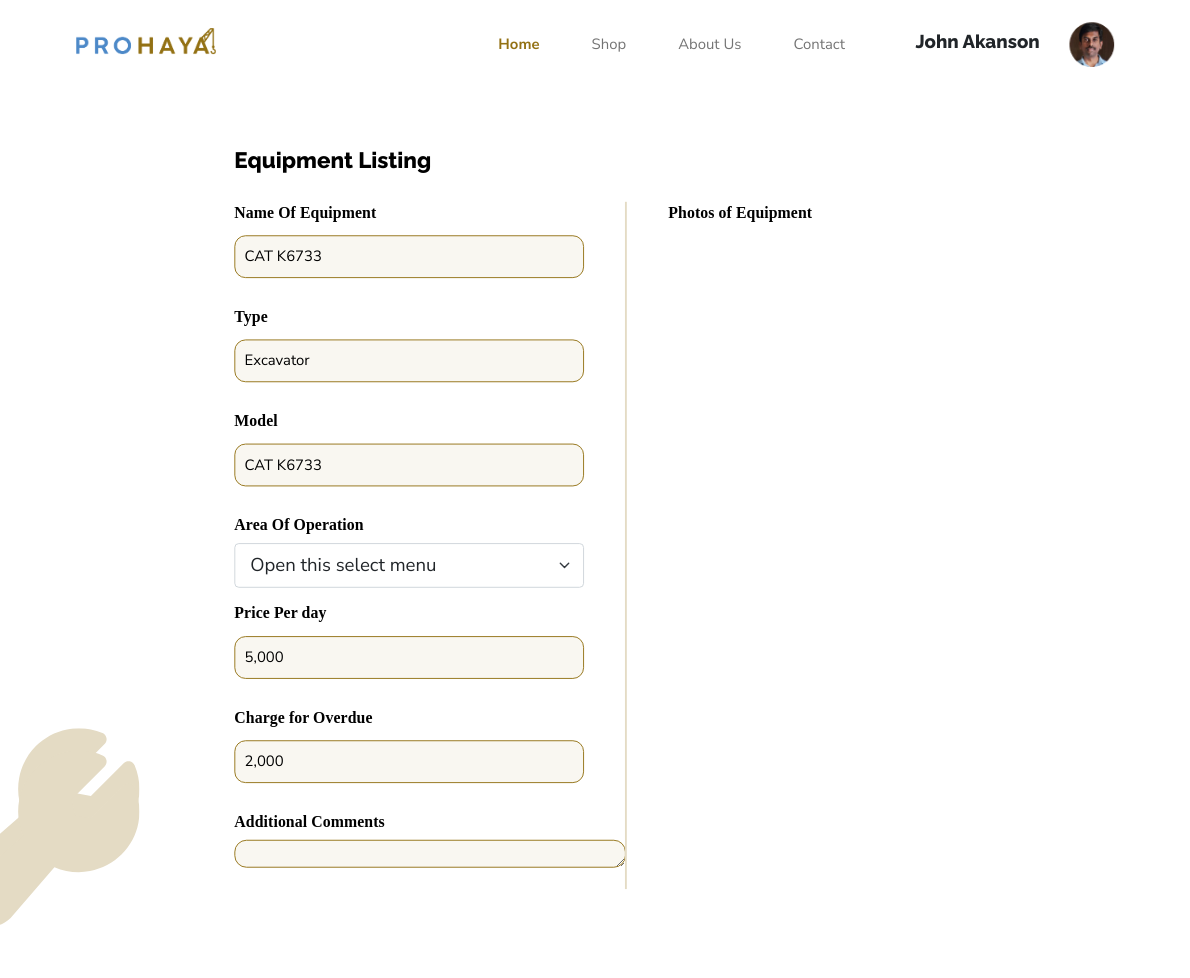
Repository: stormcelltech/Prohaya-UI
Page: Prohaya-UI/equipment_listing.html
These files come from the project's save history. The page is drawn as it stood at one moment and after the next save; the edit follows.
The browser window is 1280 px wide. The pictures show the whole page, at 93% of full size.
Some web libraries are served in a nearby version.

Above is the page before, as saved 2022-04-14 03:58:47.
Console error: TypeError: $(...).owlCarousel is not a function

After the next save:
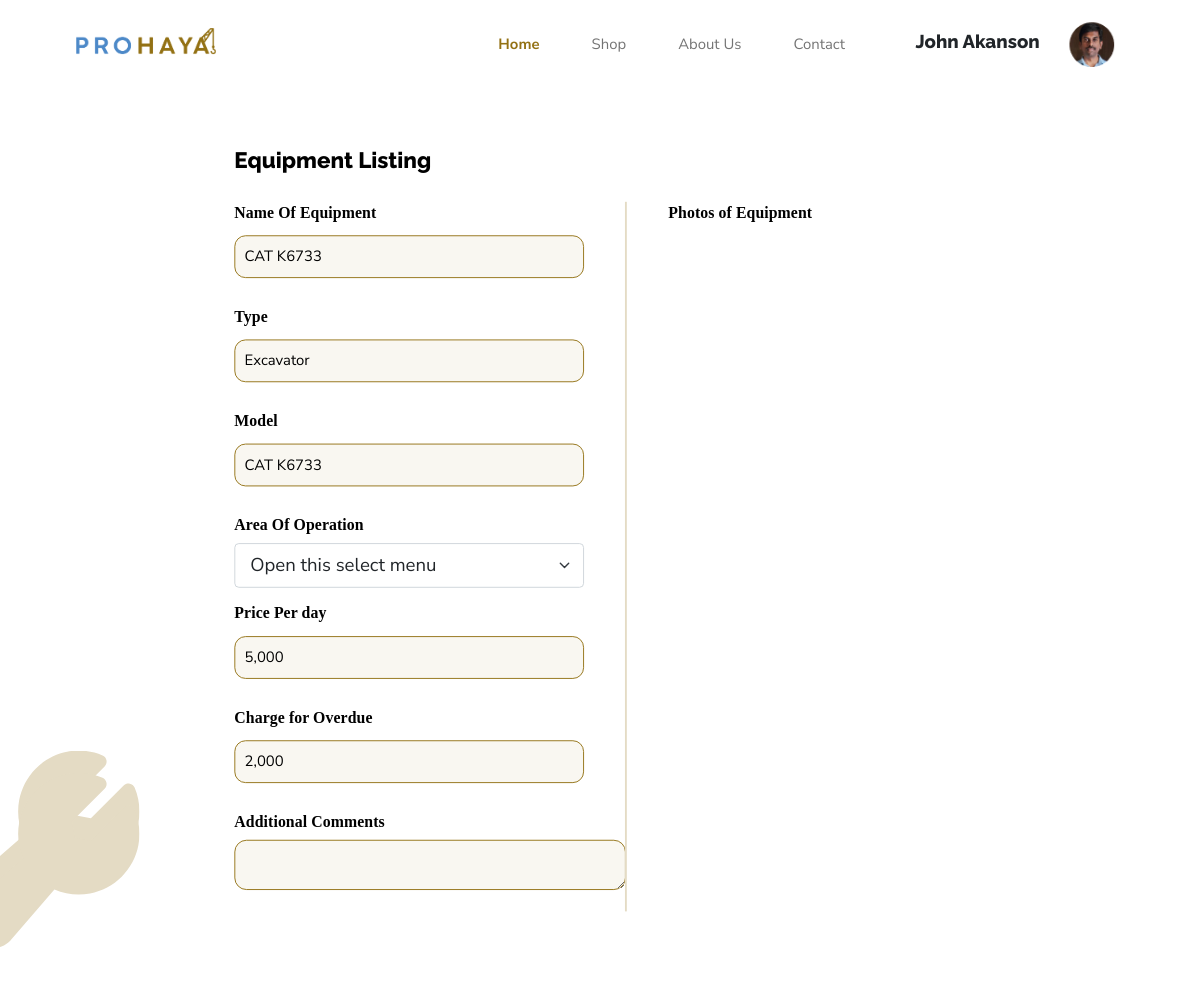
Saved 8 s later.
--- a/Prohaya-UI/equipment_listing.html
+++ b/Prohaya-UI/equipment_listing.html
@@ -96,7 +96,7 @@
                             </div>
                             <div class="mb-3">
                                 <label for="exampleFormControlInput1" class="form-label custom-labels">Additional Comments</label>
-                                <textarea name="" id="" cols="43" rows="1.5" class="custom-textarea"></textarea>
+                                <textarea name="" id="" cols="43" rows="2" class="custom-textarea"></textarea>
                                 <!-- <input type="text" class="form-control custom-input" id="exampleFormControlInput1" placeholder="CAT K6733"> -->
                             </div>
 
